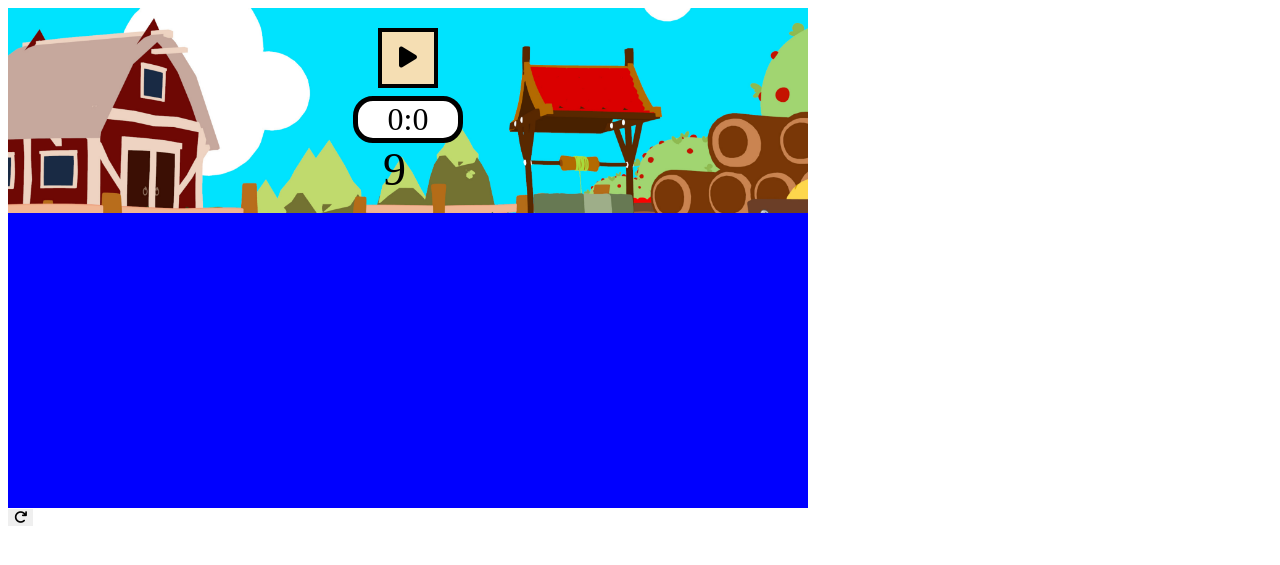
Repository: rumor1993/DreamCoding-Browser101
Page: Chapter07/ellie/index.html
The author's editor kept a copy of each file at every save. The page is drawn from the files as they stood at one save, then again after the next save.
The browser window is 1280 px wide. The pictures show the whole page.
Some web libraries are served in a nearby version.

Above is the page before, as saved 2021-01-03 18:40:41.

### Chapter07/ellie/index.html
<!DOCTYPE html>
<html lang="en">
  <head>
    <meta charset="UTF-8" />
    <meta name="viewport" content="width=device-width, initial-scale=1.0" />
    <title>Document</title>
    <link rel="stylesheet" href="index.css" />
    <script src="https://kit.fontawesome.com/86c035f01d.js" crossorigin="anonymous"></script>
    <script src="index.js"></script>
  </head>
  <body>
    <section class="game">
      <header class="game-header">
        <button class="game-button">
          <i class="fas fa-play"></i>
        </button>
        <span class="game-timer">0:0</span>
        <span class="game-score">9</span>
      </header>
      <section class="game-field"></section>
    </section>
    <section class="pop-up">
      <button class="pop-up-refresh">
        <i class="fas fa-redo"></i>
      </button>
      <span class="pop-up-message"></span>
    </section>
  </body>
</html>

### Chapter07/ellie/index.css
button {
  border: none;
  outline: none;
  cursor: pointer;
}

.game {
  display: flex;
  flex-direction: column;
  width: 800px;
  height: 500px;
  background: url("../carrot/img/background.png") center/cover;
}

.game-header {
  display: flex;
  flex-direction: column;
  align-items: center;
  padding: 20px;
}

.game-button {
  width: 60px;
  height: 60px;
  background-color: wheat;
  border: 4px solid black;
  font-size: 24px;
  transition: transform 300ms ease-in;
}

.game-button:hover {
  transform: scale(1.1);
}

.game-timer {
  width: 100px;
  background-color: white;
  text-align: center;
  border: 5px solid black;
  border-radius: 20px;
  font-size: 32px;
  margin-top: 8px;
}

.game-score {
  width: 50px;
  height: 50px;
  font-size: 46px;
}

.game-field {
  width: 100%;
  height: 100%;
  background-color: blue;
}

### Chapter07/ellie/index.js
window.addEventListener("load", () => {
  const section = document.querySelector("section");
  let carrotCount = 10;

  for (let i = 0; i < carrotCount; i++) {
    createCarrot();
    createBug();
  }

  function createCarrot() {
    const carrot = document.createElement("div");
    carrot.setAttribute("class", "carrot");
    section.appendChild(carrot);
  }

  function createBug() {
    const bug = document.createElement("div");
    bug.setAttribute("class", "bug");
    section.appendChild(bug);
  }
});

After the next save:
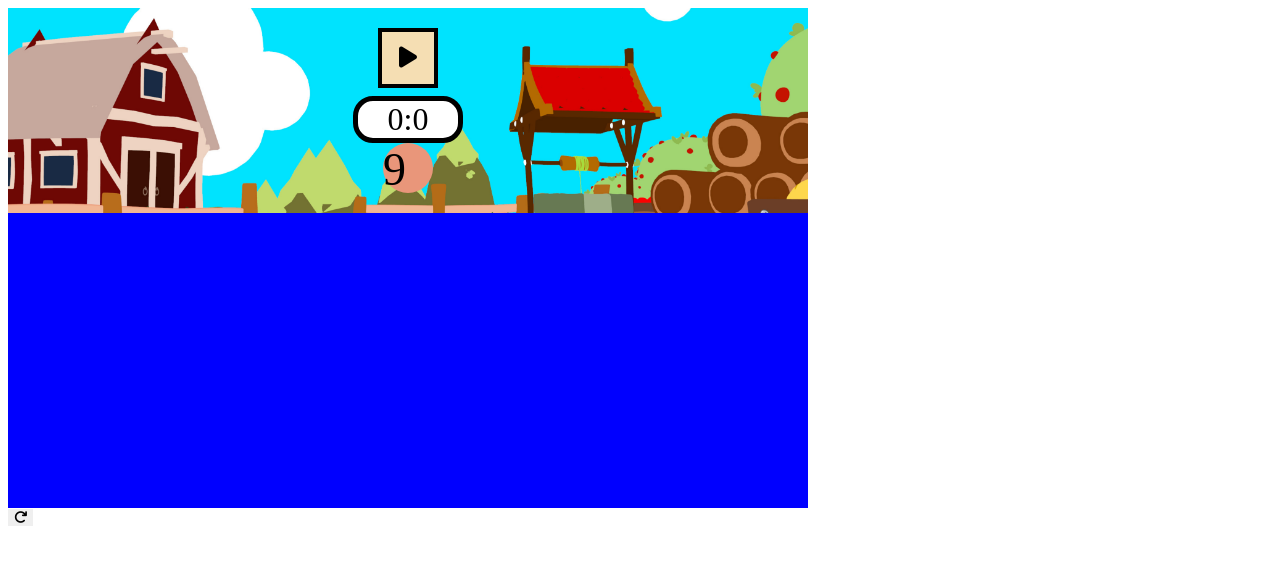
Saved 41 s later.
--- a/Chapter07/ellie/index.css
+++ b/Chapter07/ellie/index.css
@@ -46,6 +46,8 @@ button {
   width: 50px;
   height: 50px;
   font-size: 46px;
+  background-color: darksalmon;
+  border-radius: 50%;
 }
 
 .game-field {

After the save that followed:
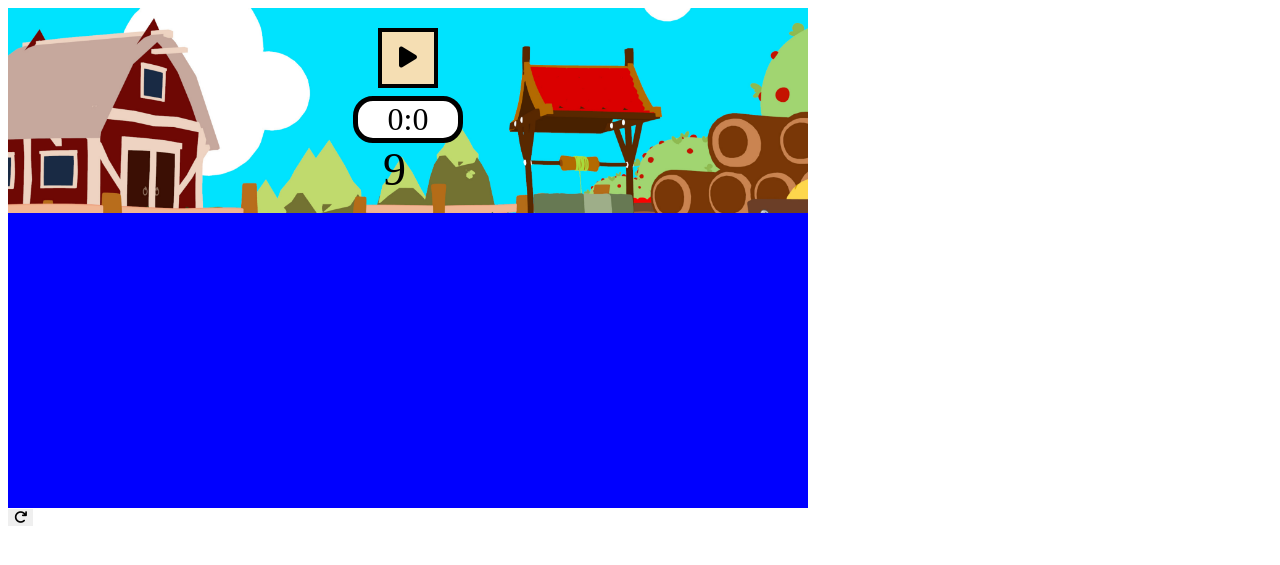
Saved 22 s later.
--- a/Chapter07/ellie/index.css
+++ b/Chapter07/ellie/index.css
@@ -46,6 +46,7 @@ button {
   width: 50px;
   height: 50px;
   font-size: 46px;
+  margin-top: 8px
   background-color: darksalmon;
   border-radius: 50%;
 }
